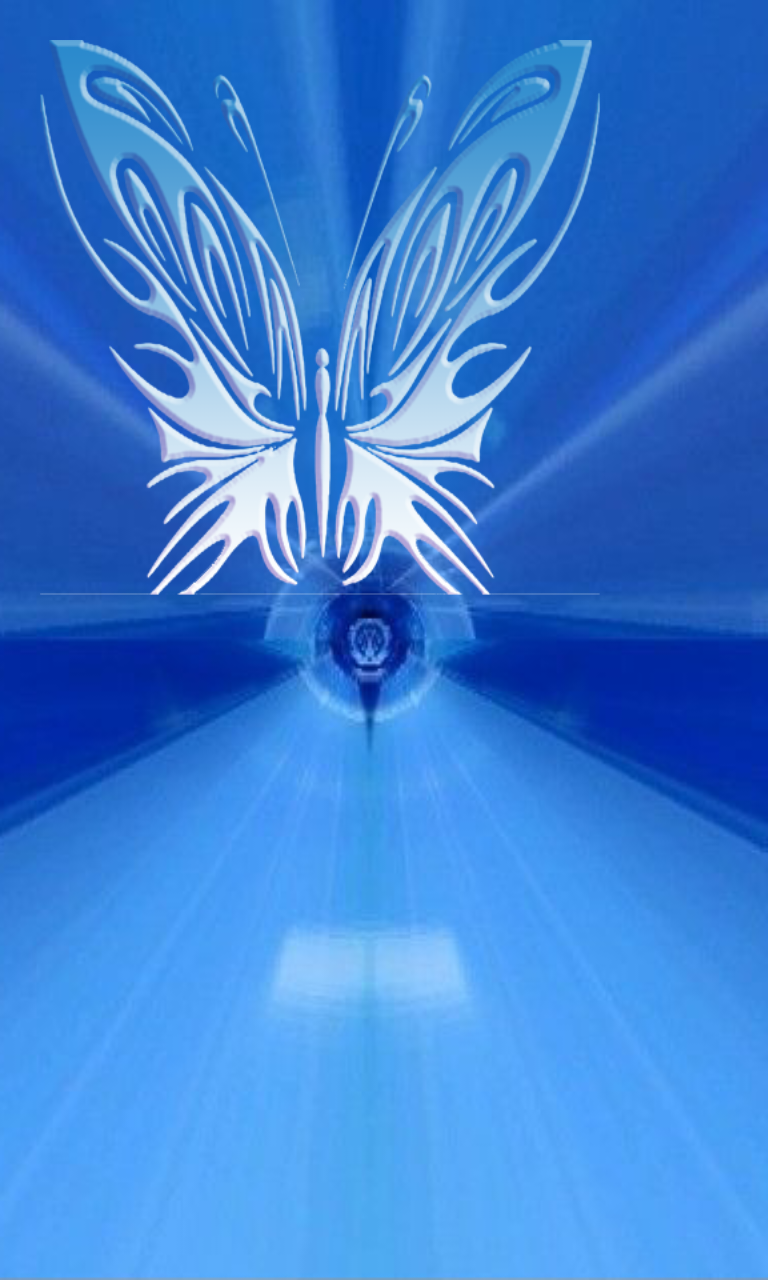
Repository: mimimy/MassagePro
Layout: BLE-Version/MassageTool/res/layout/activity_splash.xml
These files come from the project's save history. The layout is drawn as it stood at one moment and after the next save; the edit follows.
It is drawn on a 768 x 1280 px phone screen (xhdpi) without system bars, with theme AppTheme; the app's code is not run.

Above is the layout before, as saved 2018-07-24 00:43:42.

After the next save:
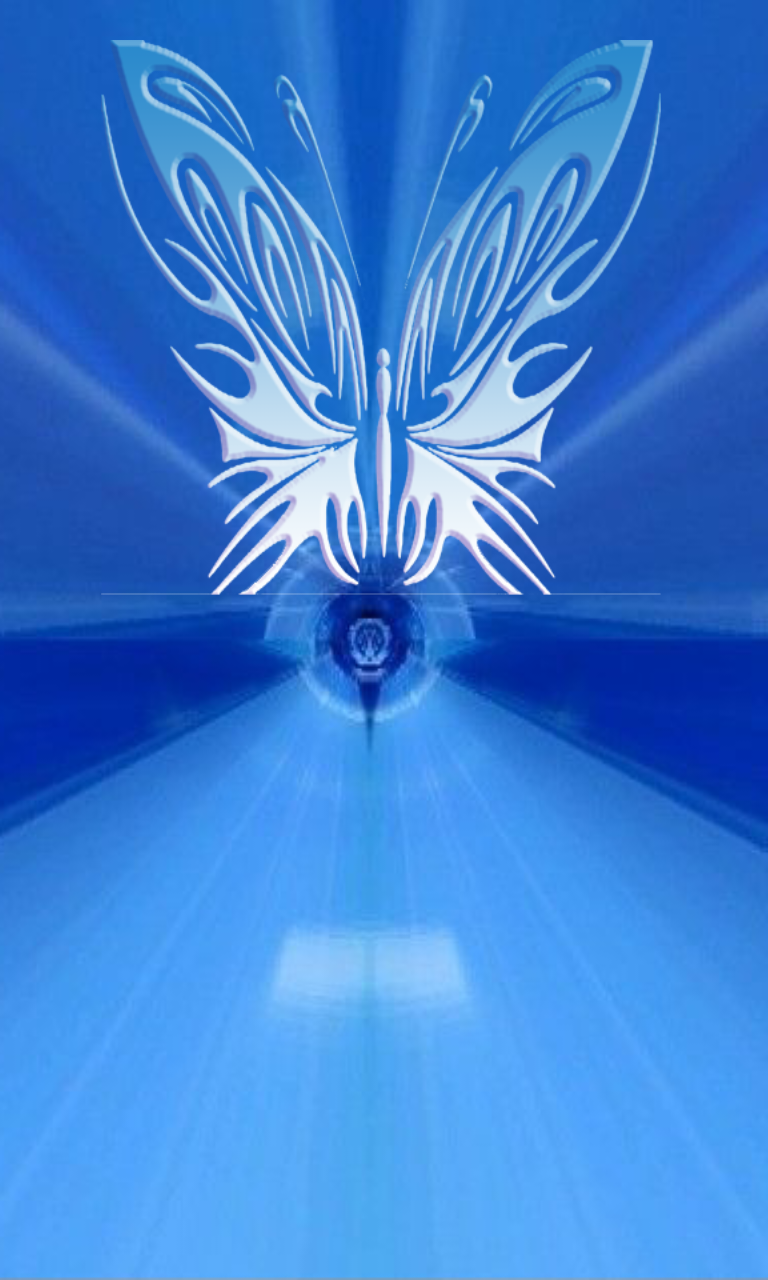
Saved 49 s later.
--- a/BLE-Version/MassageTool/res/layout/activity_splash.xml
+++ b/BLE-Version/MassageTool/res/layout/activity_splash.xml
@@ -7,10 +7,13 @@
     tools:context="com.example.splash.SplashActivity" >
 
     <ImageView
-        android:layout_margin="20dp"
         android:id="@+id/imageView1"
         android:layout_width="wrap_content"
         android:layout_height="wrap_content"
+        android:layout_alignParentTop="true"
+        android:layout_centerHorizontal="true"
+        android:layout_margin="20dp"
+        android:layout_marginTop="61dp"
         android:src="@drawable/butterfly" />
 
 </RelativeLayout>
